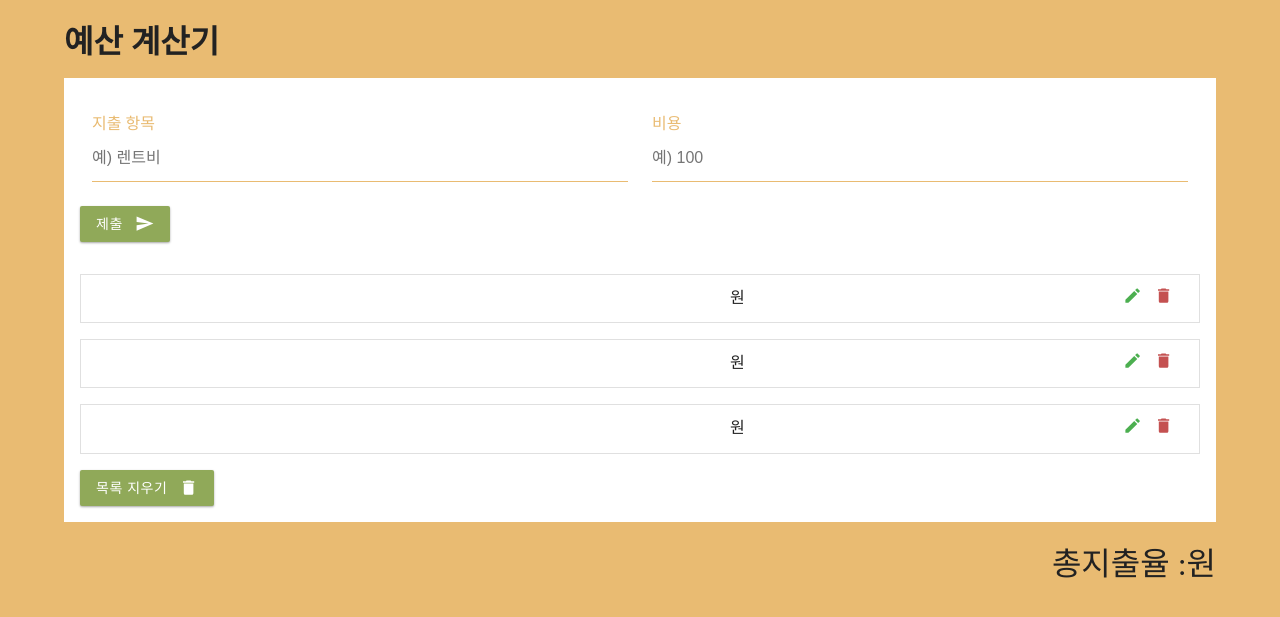
Repository: jongheonleee/budget_calculator
Page: /
These files come from the project's save history. The page is drawn as it stood at one moment and after the next save; the edit follows.
The browser window is 1280 px wide. The pictures show the whole page.
The project was rebuilt for these pictures with package versions that can differ from the ones it lists, and the page was loaded fresh each time.

Above is the page before, as saved 2025-02-08 13:28:27.

After the next save:
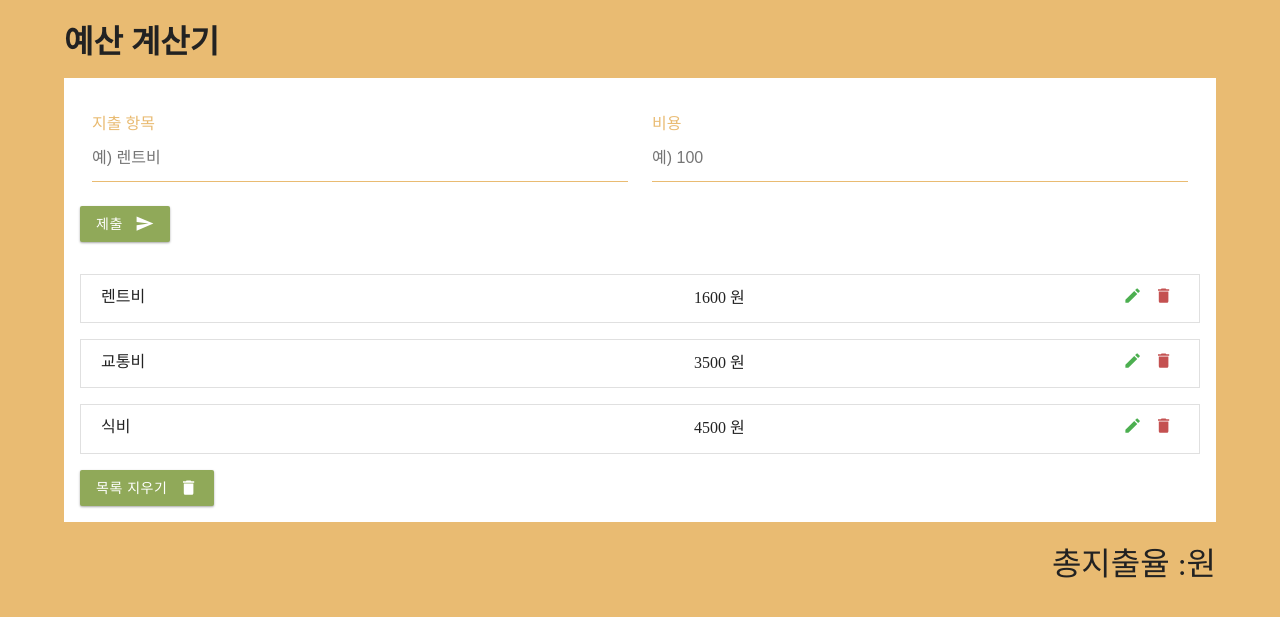
Saved 49 s later.
--- a/src/components/ExpenseList.js
+++ b/src/components/ExpenseList.js
@@ -15,7 +15,7 @@ export class ExpenseList extends Component {
             {/* Expense Item */}
             {this.props.initialExpenses.map(expense => {
                 return (
-                  <ExpenseItem expense={{expense}} />
+                  <ExpenseItem expense={expense} />
                 )
             })}
         </ul>
